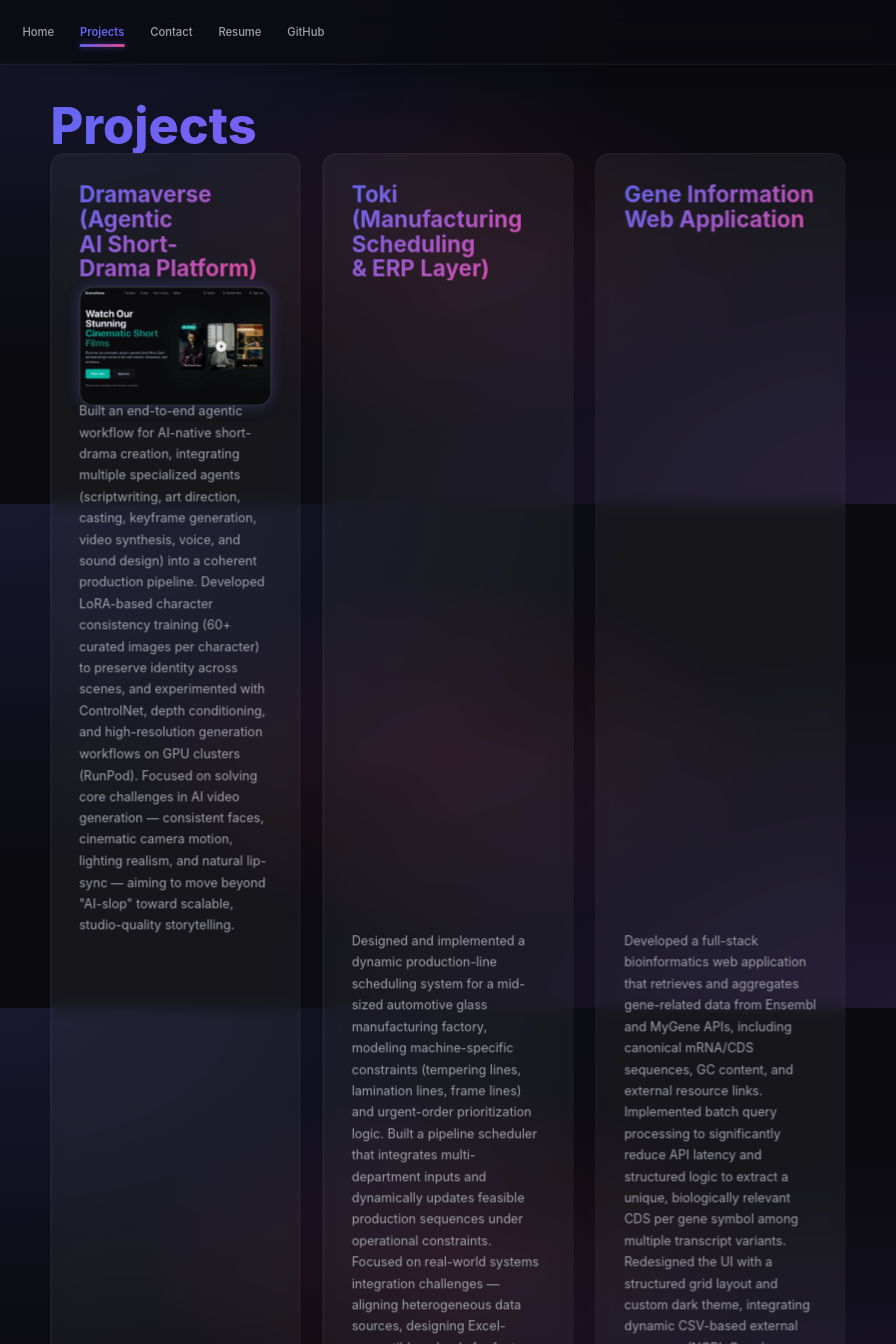
Repository: SummerZ27/personal-website
Page: projects/index.html
The author's editor kept a copy of each file at every save. The page is drawn from the files as they stood at one save, then again after the next save.
The browser window is 1280 px wide. The pictures show the part of the page from y = 0 to 1920 px (the page is 3259 px tall before and 2494 px after), at 70% of full size.
Backgrounds fixed to the window are drawn as part of the page.

Above is the page before, as saved 2026-02-13 13:40:22.

After the next save:
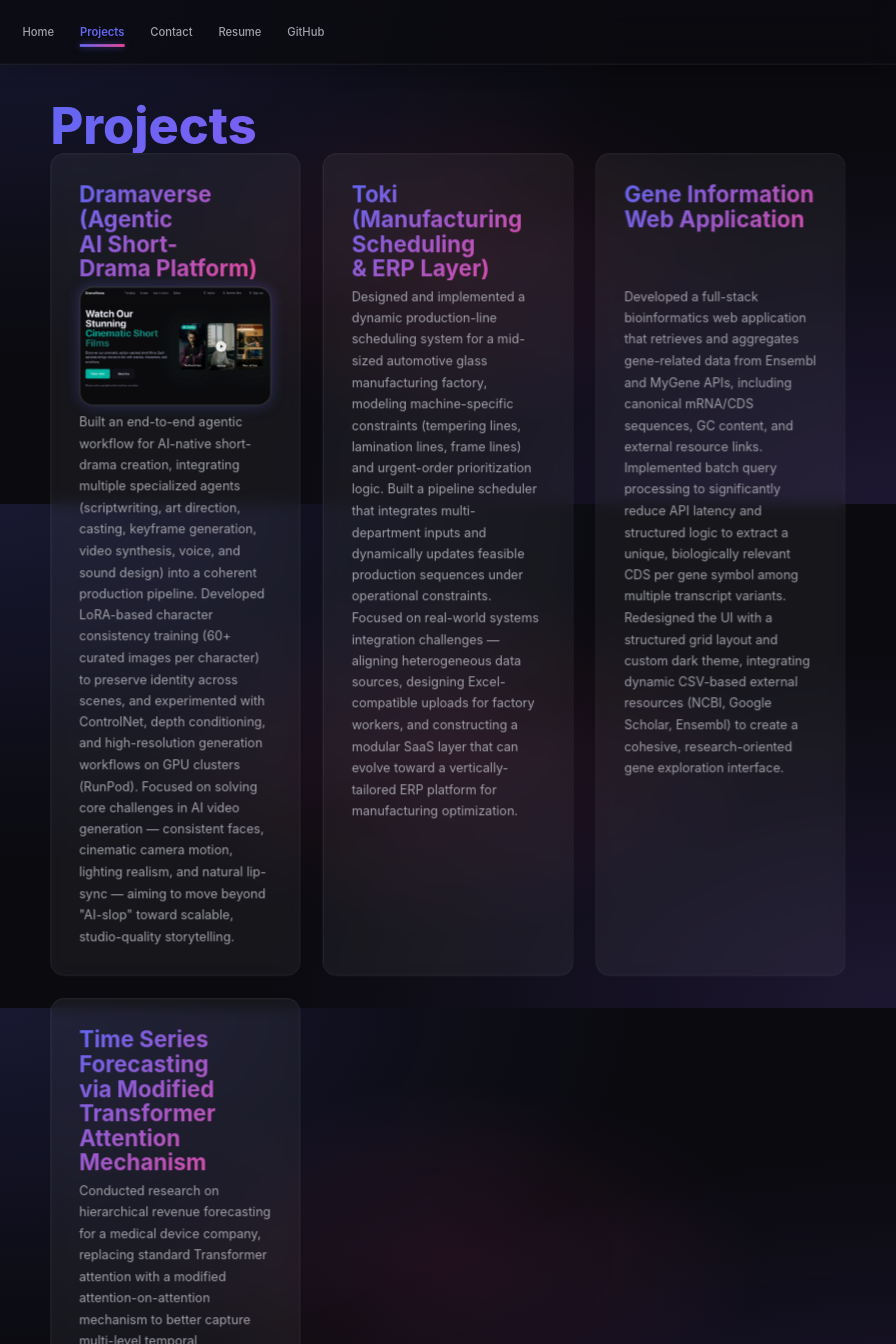
Saved 2 s later.
--- a/style.css
+++ b/style.css
@@ -274,7 +274,7 @@ section h2 {
 .projects section {
     display: grid;
     grid-template-rows: subgrid;
-    grid-row: span 3;
+    grid-row: span 2;
     margin-bottom: 0;
     row-gap: 0;
     align-content: start;
@@ -284,15 +284,19 @@ section h2 {
     margin: 0 0 0.5rem 0;
 }
 
+.projects .project-content {
+    display: flex;
+    flex-direction: column;
+    gap: 0.5rem;
+}
+
 .projects section img {
     margin: 0;
     display: block;
-    grid-row: 2;
 }
 
 .projects section p {
-    margin: -0.5rem 0 0 0;
-    grid-row: 3;
+    margin: 0;
 }
 
 /* Article Styles */
